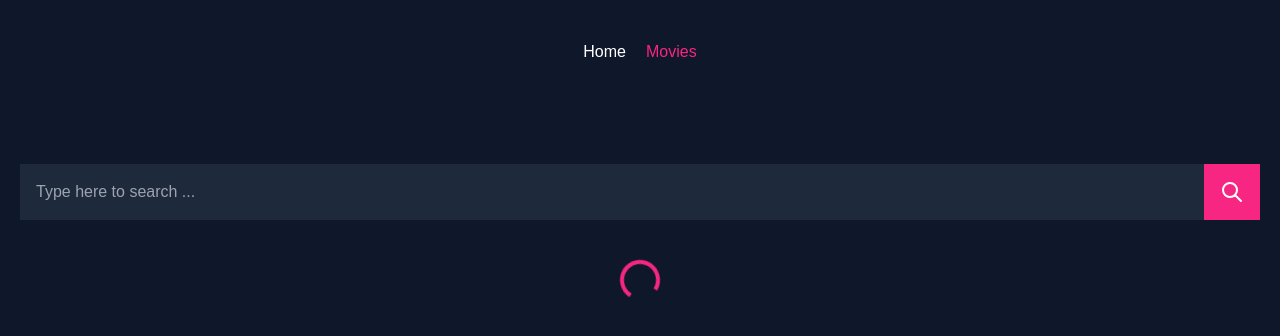
Repository: ThanhPhongsof/react-course-projects
Page: /movies (app in react-simple-movies/)
The author's editor kept a copy of each file at every save. The page is drawn from the files as they stood at one save, then again after the next save.
The browser window is 1280 px wide. The pictures show the whole page.
The page's requests for data from a server got no answer. The project was rebuilt for these pictures with package versions that can differ from the ones it lists, and the page was loaded fresh each time. No one was signed in, and anything a server would have sent is missing. Also part of the build but not shown: react-simple-movies/src/components/banner/Banner.js, react-simple-movies/src/components/movies/MovieCard.js, react-simple-movies/src/components/movies/MovieList.js, react-simple-movies/src/pages/HomePage.js, react-simple-movies/src/pages/MovieDetailsPage.js.

Above is the page before, as saved 2022-04-20 22:27:18.

After the next save:
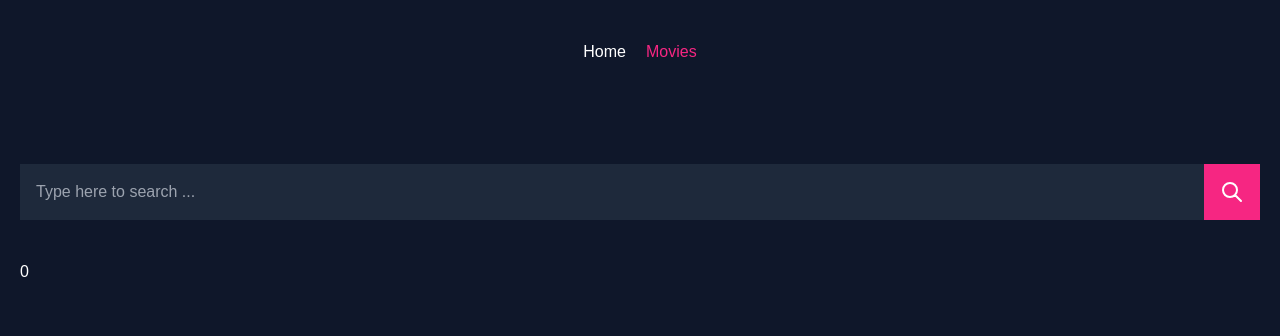
Saved 5 s later.
--- a/react-simple-movies/src/pages/MoviePage.js
+++ b/react-simple-movies/src/pages/MoviePage.js
@@ -54,7 +54,7 @@ const MoviePage = () => {
           </svg>
         </button>
       </div>
-      {!loading && (
+      {loading && (
         <div className="w-10 h-10 mx-auto border-4 border-t-4 rounded-full border-primary border-t-transparent animate-spin"></div>
       )}
       <div className="grid grid-cols-4 gap-10">
